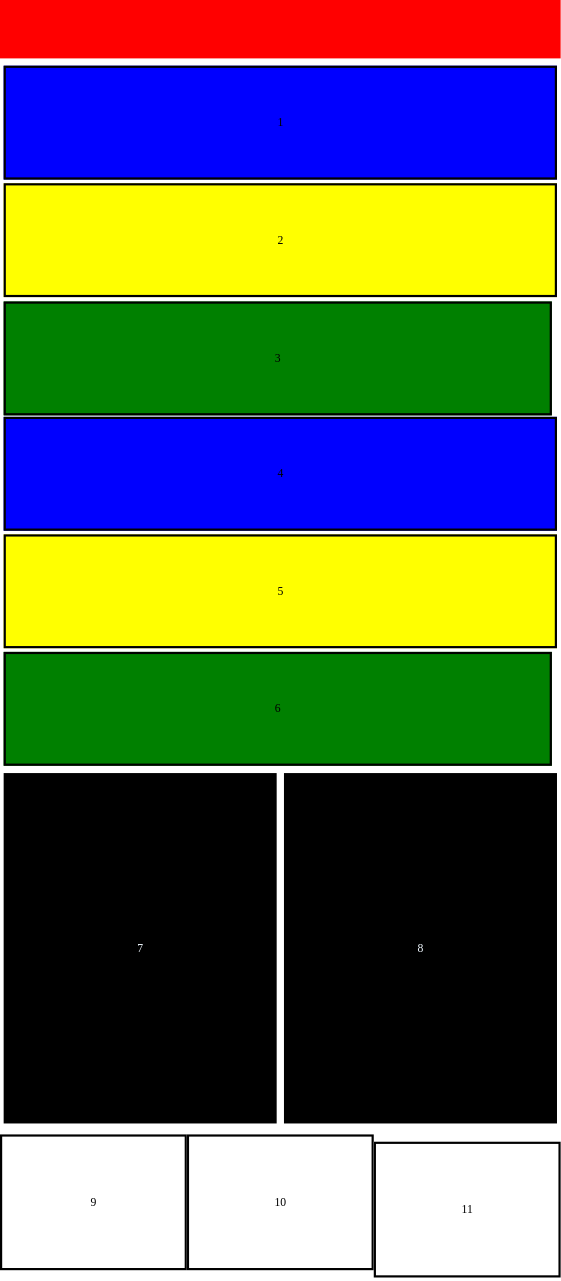
Repository: future4code/Gabriel-Ricarte
Page: Semana3/Aula02/Index.html
The author's editor kept a copy of each file at every save. The page is drawn from the files as they stood at one save, then again after a run of saves.
The browser window is 768 px wide. The pictures show the whole page, at 73% of full size.

Above is the page before, as saved 2019-11-12 19:07:36.

### Semana3/Aula02/Index.html
<!DOCTYPE html>
<html lang="Pt-br">
<head>
    <meta charset="UTF-8">
    <meta name="viewport" content="width=device-width, initial-scale=1.0">
    <meta http-equiv="X-UA-Compatible" content="ie=edge">
    <link rel="stylesheet" href="Style.css">
    <meta name="viewport" content="width=device-width, initial-scale=1">
    <title>Responsividade</title>
</head>
<body>
    <div>
        <div>
            <div class="barraLateral">
               <div id="lista">
                <lu>
                    <p class="paragrafoLista">FIRST LIST</p>
                    <li>1</li>
                    <li>2</li>
                    <li>3</li>
                    <li>4</li>
                    <li>5</li>
                </lu>
                <lu>
                    <p class="paragrafoLista">SECOND LIST</p>
                    <li>1</li>
                    <li>2</li>
                    <li>3</li>
                    <li>4</li>
                    <li>5</li>
                </lu>
               </div>

            </div>
            <div class="mainContent">
                <div class="barraSuperior"></div>
                <div class="FirstContainer">
                    <div id="firstPartContainer">
                            <div id="superior1">1</div>
                            <div id="superior2">2</div>
                            <div id="superior3">3</div>

                    </div>
                    <div id="secondPartContainer">

                        <div id="inferior4">4</div>
                        <div id="inferior5">5</div>
                        <div id="inferior6">6</div>

                    </div>
                </div>
                <div class="SecondContainer">
                    <div id="quadrado1">7</div>
                    <div id="quadrado2">8</div>
                </div>
                <div class="ThirdContainer">
                    <div id="quadrado9">9</div>
                    <div id="quadrado10">10</div>
                    <div id="quadrado11">11</div>
            </div>
        </div>


        </div>


    </div>





</body>
</html>

### Semana3/Aula02/Style.css
body{
    margin: 0;
    padding: 0;
}
.flexBox{
    display:flex;
}
#lista{
    margin:10px;
}
.barraLateral{
    background-color: grey;
    height: 100vh;
    width: 20vw;
    position: fixed;

}
.barraSuperior{
    background-color: red;
    height: 10vh;
    width: 100%;
    margin-bottom: 10px;

}
.paragrafoLista{
    border-left-width: 10px;
    padding-left: 0px;
    margin-left: 10px;
    margin-right: 10px;
}
.FirstContainer{
    background-color:white;
    width: 100%;


}
.mainContent{
    margin-left: 21vw;

}

#superior1, #inferior4{
    background-color: blue;
    flex-grow: 1;
    margin-right: 2px;

}
#superior2, #inferior5{
    background-color: yellow;
    flex-grow: 1;
    margin-right: 2px;

}
#superior3, #inferior6{
 background-color: green;
 flex-grow: 1;
 margin-right: 2px;
}
#quadrado1,#quadrado2{
    background-color: black;
    flex-grow: 1;
    margin-right: 2px;
}

#firstPartContainer{
    display: flex;
    margin-bottom: 2px;
}
#secondPartContainer{
    display: flex;
}

.SecondContainer{
    width: 100%;
    margin: 10px 0;
    display: flex;

}
.ThirdContainer{
    width: 100%;
    display: flex;
    justify-content: space-between;
    margin-bottom: 5px;

}
#quadrado9, #quadrado10, #quadrado11{
    width: 30%;
}
.SecondContainer>div{
 color: aliceblue;
 display: flex;
 align-items: center;
 height: 240px;
 justify-content: center;
}
#superior1,#superior2,#superior3,#inferior4,#inferior5,#inferior6{
    border: solid;
    display: flex;
    align-items: center;
    height: 150px;
    justify-content: center;
}
.ThirdContainer>div{
    border: solid;
    background-color:white;
    align-items: center;
    display: flex;
    height: 180px;
    justify-content: center;
}



@media (max-width:1000px){



    .FirstContainer{

        flex-wrap: wrap;


    }
    .FirstContainer>div{
        min-height: 80px;
    }

    #firstPartContainer{
        flex-wrap: wrap;
    }
    #superior1, #superior2{
        margin: 5px;
    }
    #superior3{
        width: 100%;
        margin-top: 10px;
        margin-bottom: 10px;
        margin:6px;
    }
    #secondPartContainer{
        flex-wrap: wrap;
    }
    #inferior4, #inferior5{
        margin:5px;
    }
    #inferior6{
        width: 100%;
        margin-top: 10px;
        margin-bottom: 10px;
        margin:6px;
    }
    #quadrado1{
        margin-right: 20px;
    }
    #quadrado1, #quadrado2{
        height: 60vh;
    }
    .ThirdContainerGrid{
        flex-wrap: wrap;
    }
    #quadrado11{
        width: 100%;
        margin-top:10px
    }
    #quadrado9, #quadrado10{
        width: 48%;
    }





}
@media(max-width:850px){
    .mainContent{
        margin-left: 0;
    }

    .barraLateral{
        display:none;


    }


}
@media(max-width:780px){

    .FirstContainerGrid{

       display:flex;
       flex-direction: column;
    }
    .FirstContainerGrid>div{
        margin:5px;

    }
    #firstPartContainer{
        display: block;
        margin-bottom: 2px;
    }
    #superior1, #superior2{
        margin: 5px;
    }
    #superior3{
        margin-right: 5px;
        margin-left: 5px;
        margin-bottom:0px;
        width:97%;
    }

   #secondPartContainer{
       display: block;
   }
    #quadrado1{
        margin:5px;
        margin-top:0px;

    }
    #quadrado2{
        margin-left: 5px;
        margin-right: 5px;
    }

   #inferior4{
    margin: 5px;
    margin-top:0px;
   }
   #inferior5{
       margin: 5px;
   }
   #inferior6{
       margin:5px;
       margin-bottom:0px;
       width:97%;
   }
   #quadrado9, #quadrado10, #quadrado11{
       width: 98%;

   }

    .SecondContainerGrid{
        display: flex;
        flex-direction: column;
    }
    .SecondContainerGrid>div{
        margin: 5px;
    }
    .ThirdContainerGrid{
        display: flex;
        flex-direction: column;
    }
    .ThirdContainerGrid>div{
        margin: 5px;

    }





}

After the next 3 saves:
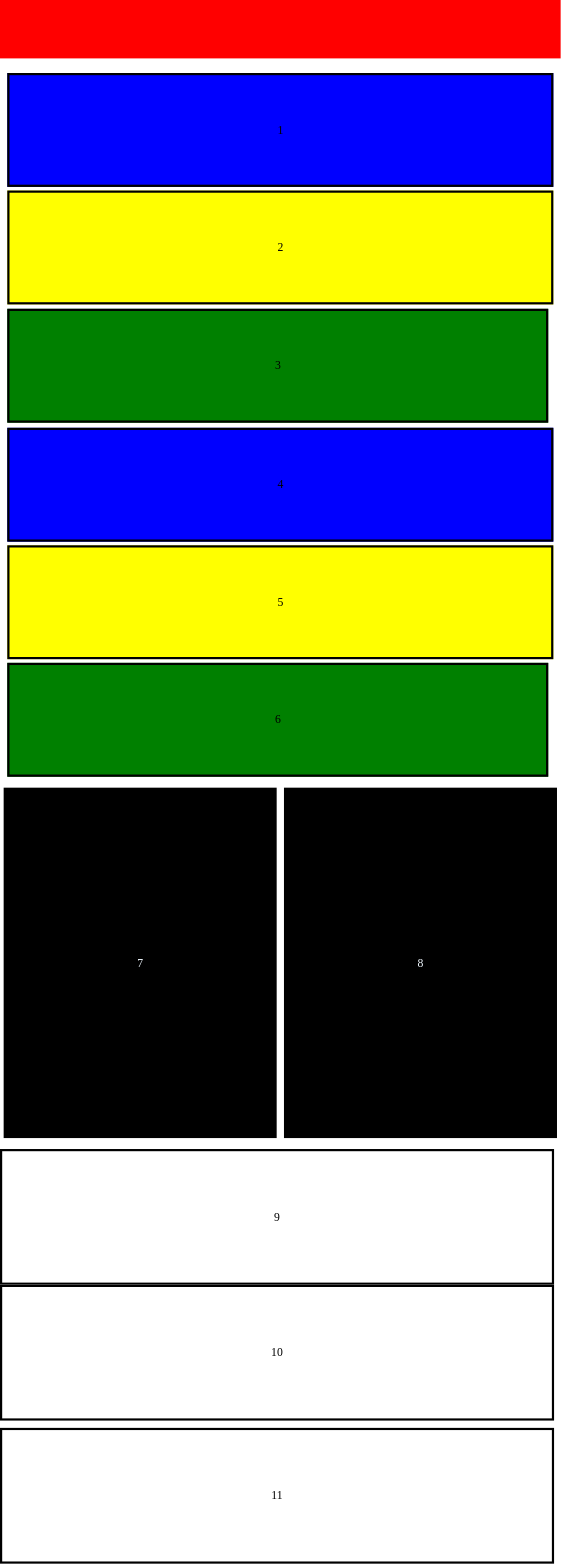
The 3 saves are shown as one change because they came seconds apart.
The last was saved 10 s later.
--- a/Semana3/Aula02/Style.css
+++ b/Semana3/Aula02/Style.css
@@ -155,7 +155,7 @@ body{
     #quadrado1, #quadrado2{
         height: 60vh;
     }
-    .ThirdContainerGrid{
+    .ThirdContainer{
         flex-wrap: wrap;
     }
     #quadrado11{
@@ -186,12 +186,12 @@ body{
 }
 @media(max-width:780px){
 
-    .FirstContainerGrid{
+    .FirstContainer{
 
        display:flex;
        flex-direction: column;
     }
-    .FirstContainerGrid>div{
+    .FirstContainer>div{
         margin:5px;
 
     }
